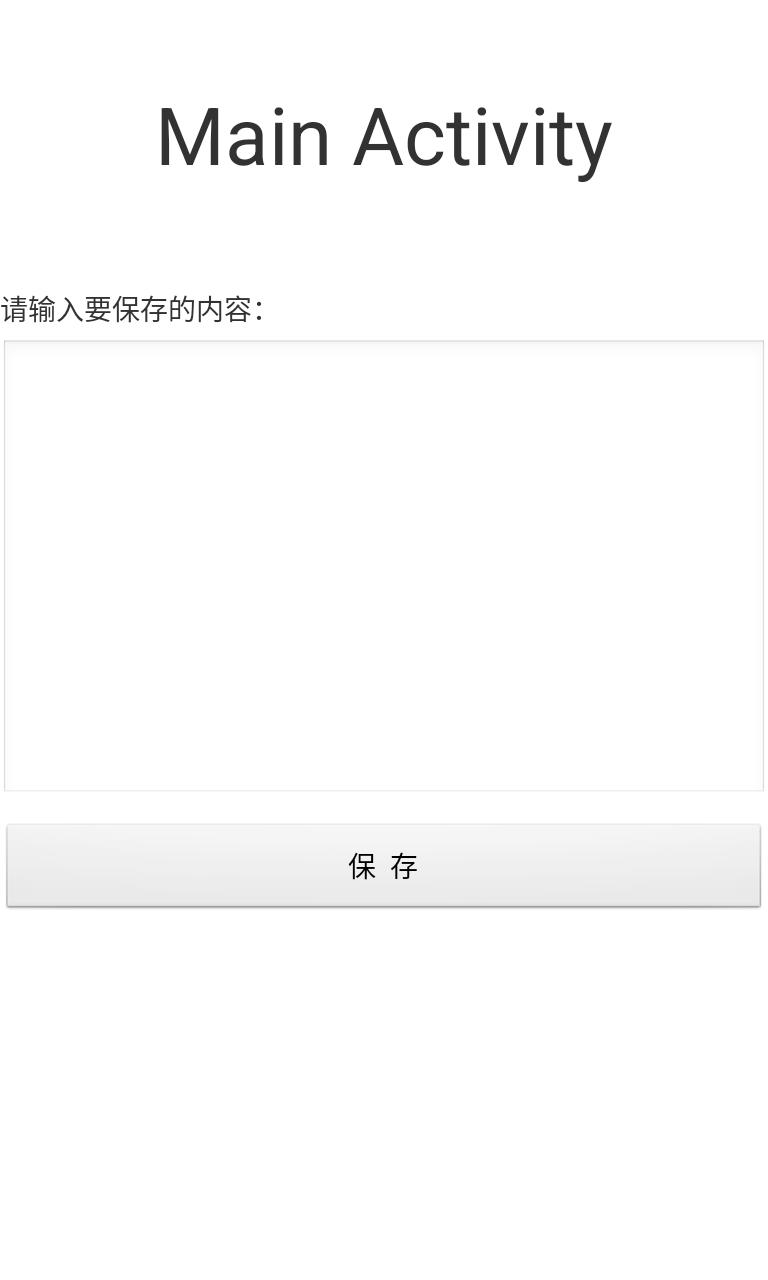
Repository: CiLiNet-Android/courseware
Layout: Android数据存储/文件数据存储/SourceCodes/InternalFileIODemo/res/layout/activity_main.xml
These files come from the project's save history. The layout is drawn as it stood at one moment and after the next save; the edit follows.
It is drawn on a 768 x 1280 px phone screen (xhdpi) without system bars, with theme AppTheme; the app's code is not run.

Above is the layout before, as saved 2014-01-02 01:46:23.

After the next save:
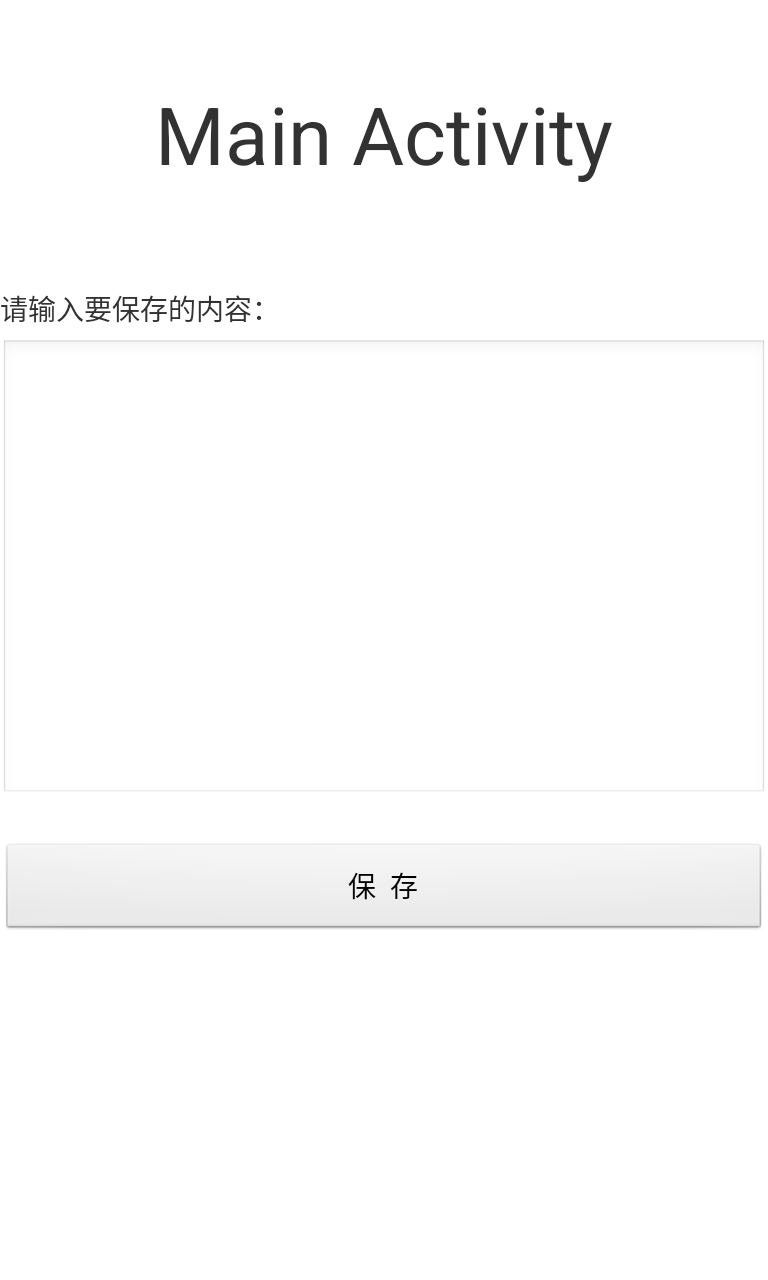
Saved 8 s later.
--- a/Android数据存储/文件数据存储/SourceCodes/InternalFileIODemo/res/layout/activity_main.xml
+++ b/Android数据存储/文件数据存储/SourceCodes/InternalFileIODemo/res/layout/activity_main.xml
@@ -29,7 +29,7 @@
     <Button
         android:layout_width="match_parent"
         android:layout_height="wrap_content"
-        android:layout_marginTop="10dp"
+        android:layout_marginTop="20dp"
         android:text="保  存"
         android:id="@+id/btn_save"/>
 
